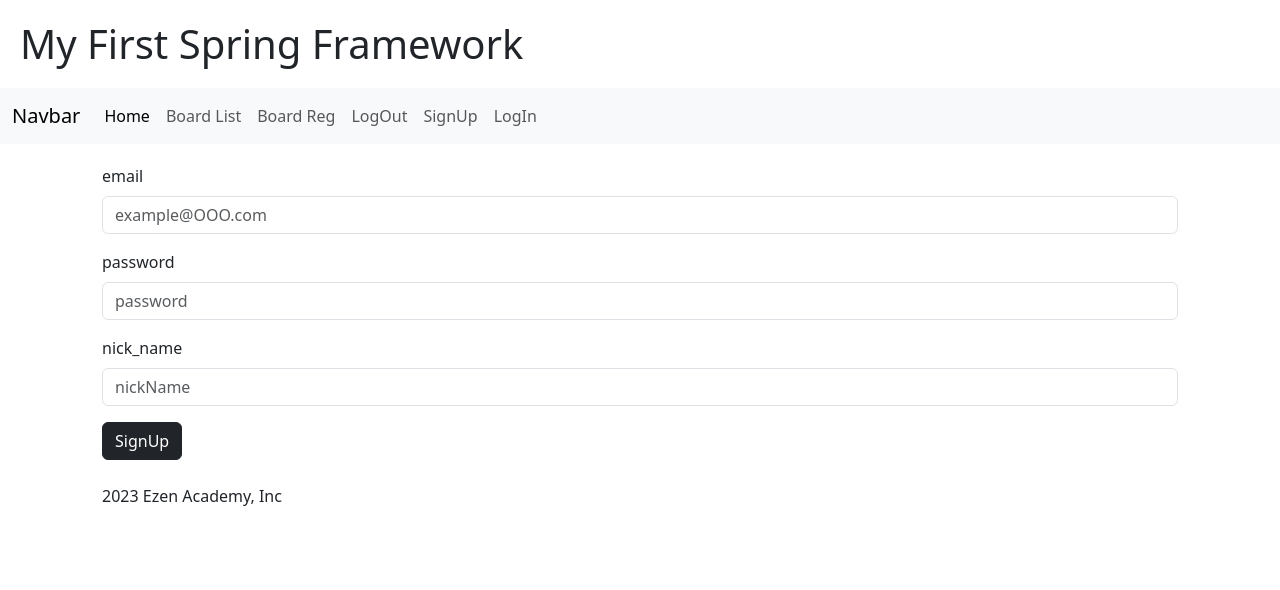
Repository: dhalfks/240115SpringProject
Page: http://localhost/spring_test2/WEB-INF/views/member/register.jsp
The author's editor kept a copy of each file at every save. The page is drawn from the files as they stood at one save, then again after the next save.
The browser window is 1280 px wide. The pictures show the whole page.
The page is served by Tomcat 9. Nobody is signed in. The template is opened directly, without the code that normally fills it, so the values that code supplies are empty.

Above is the page before, as saved 2024-01-12 05:49:13.

After the next save:
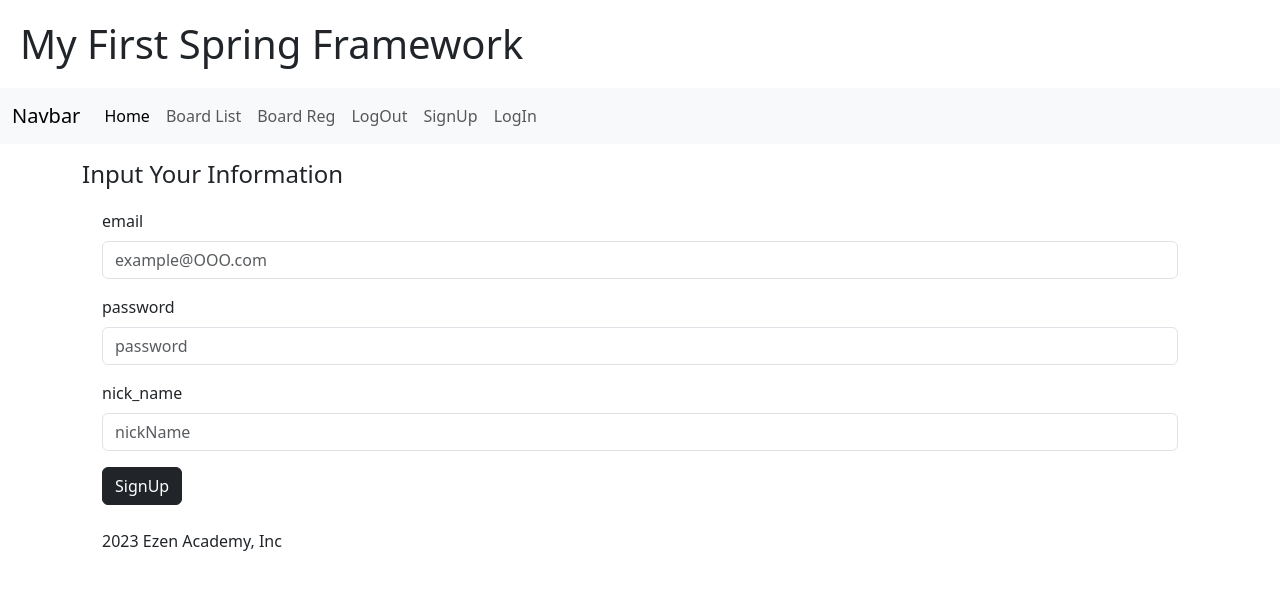
Saved 48 s later.
--- a/spring_test2/src/main/webapp/WEB-INF/views/member/register.jsp
+++ b/spring_test2/src/main/webapp/WEB-INF/views/member/register.jsp
@@ -7,6 +7,7 @@
 
 	<!-- email, pwd, nick_name -->
 <div class="container my-3">
+<h4 class="mb-3">Input Your Information</h4>
 <form action="/board/register" method="post" enctype="multipart/form-data">
 	<div class="mb-3">
 	  <label for="e" class="form-label">email</label>
